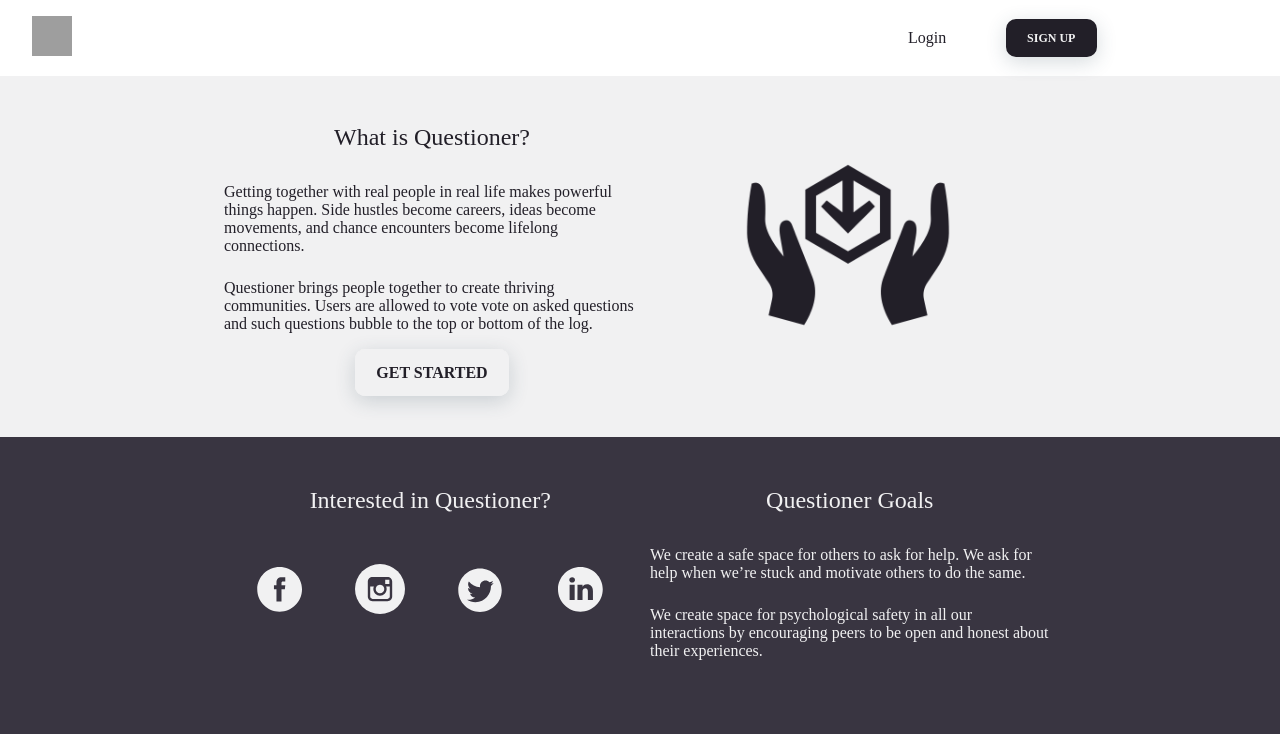
Repository: Gfreedoms/Epic-Mail
Page: index.html
These files come from the project's save history. The page is drawn as it stood at one moment and after the next save; the edit follows.
The browser window is 1280 px wide. The pictures show the whole page.
Pictures or frames that could not be fetched are drawn as grey boxes. Some web fonts or font styles are not loaded; a fallback is used.

Above is the page before, as saved 2019-02-24 22:39:03.

After the next save:
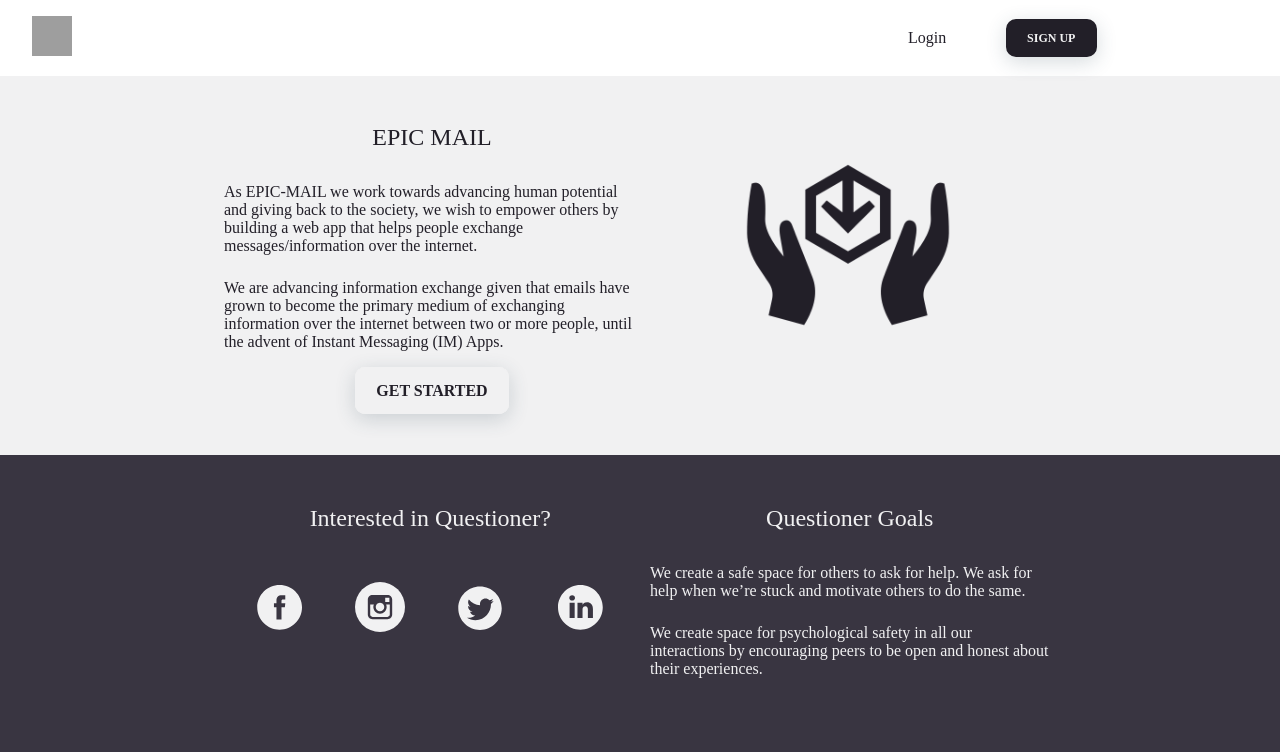
Saved 10 h 36 min later.
--- a/index.html
+++ b/index.html
@@ -47,16 +47,16 @@
 	<section class="info-section">
 		<div class="container">
 			<div class="info-desc">
-				<h3 class="md-text">What is Questioner?</h3>
+				<h3 class="md-text">EPIC MAIL</h3>
 				<p class="sm-text">
-					Getting together with real people in real life makes powerful things happen. Side hustles become careers, ideas
-					become movements, and chance encounters become lifelong connections.
-
+					As EPIC-MAIL we work towards advancing human potential and giving back to the society,
+					we wish to empower others by building a web app that helps people exchange
+					 messages/information over the internet.
 				</p>
 				<p class="sm-text">
-					Questioner brings people together to create thriving communities.
-					Users are allowed to vote vote on asked questions and such questions bubble to the top
-					or bottom of the log.
+					We are advancing information exchange  given that emails have grown to become the primary medium of
+					exchanging information over the internet between two or more people,
+					 until the advent of Instant Messaging (IM) Apps.
 				</p>
 				<p>
 					<a href="./pages/register.html" class="cta-btn box-sh-dark">Get Started</a>
